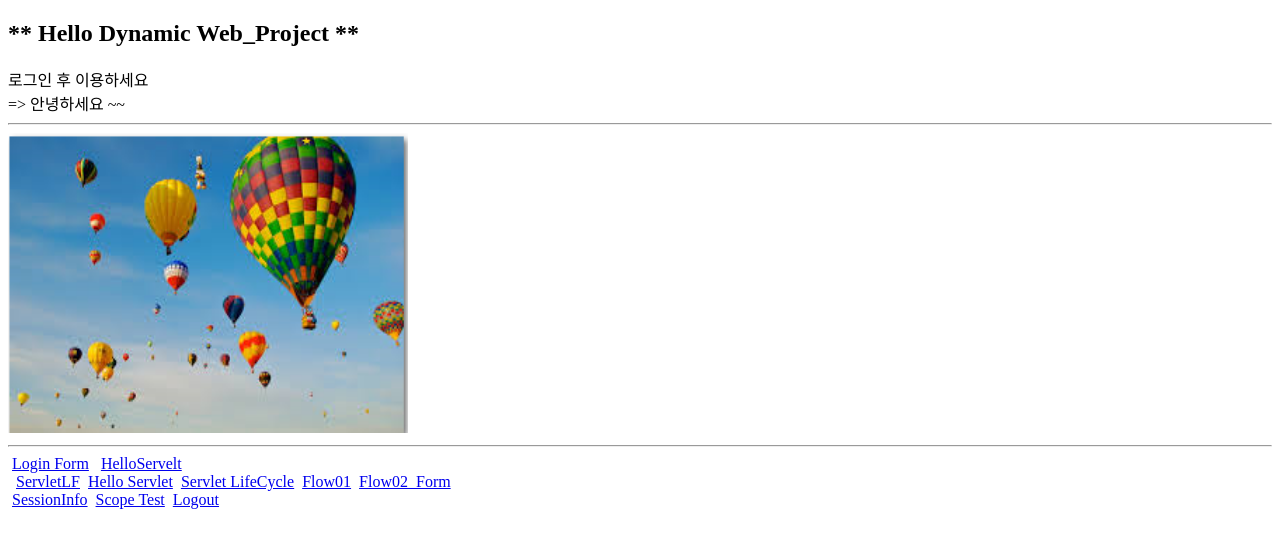
Repository: nameground/Java
Page: http://localhost/Web01/
These files come from the project's save history. The page is drawn as it stood at one moment and after the next save; the edit follows.
The browser window is 1280 px wide. The pictures show the whole page.
The page is served by Tomcat 9. Nobody is signed in. The application's start-up code is not run.

Above is the page before, as saved 2023-10-12 03:53:57.

After the next save:
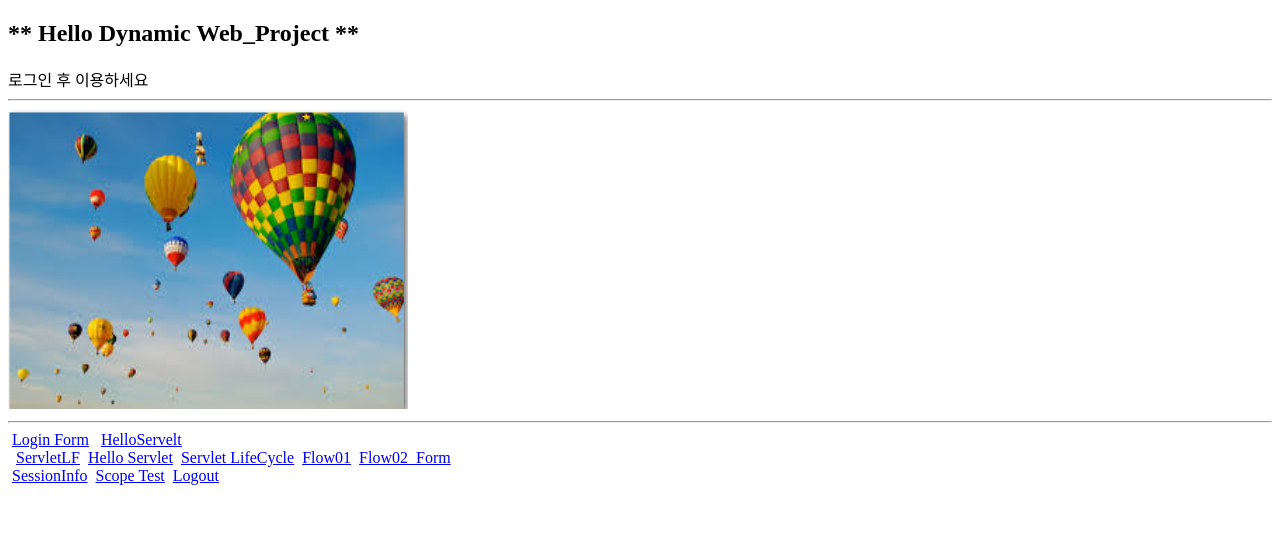
Saved 26 s later.
--- a/mTest/Mywork/Web01/src/main/webapp/index.jsp
+++ b/mTest/Mywork/Web01/src/main/webapp/index.jsp
@@ -14,7 +14,6 @@
 <%	}else { %>
 	로그인 후 이용하세요 <br>
 <% }%>
-=> 안녕하세요 ~~ <br>
 <hr>
 <img src="./images/a2.png" width ="400" height="300">
 <hr>
